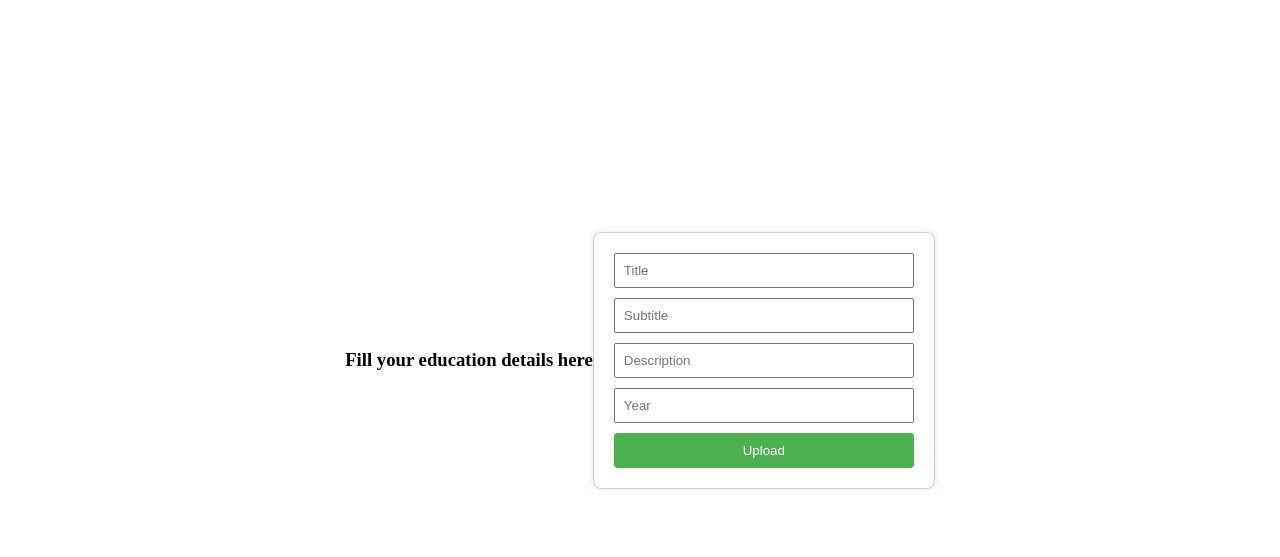
Repository: HAIDAR123654/CodeHuntMvcProject
Page: http://localhost/myportfolio/uploadedu.jsp
The author's editor kept a copy of each file at every save. The page is drawn from the files as they stood at one save, then again after the next save.
The browser window is 1280 px wide. The pictures show the whole page.
The page is served by Tomcat 9.

Above is the page before, as saved 2024-01-26 17:42:13.

After the next save:
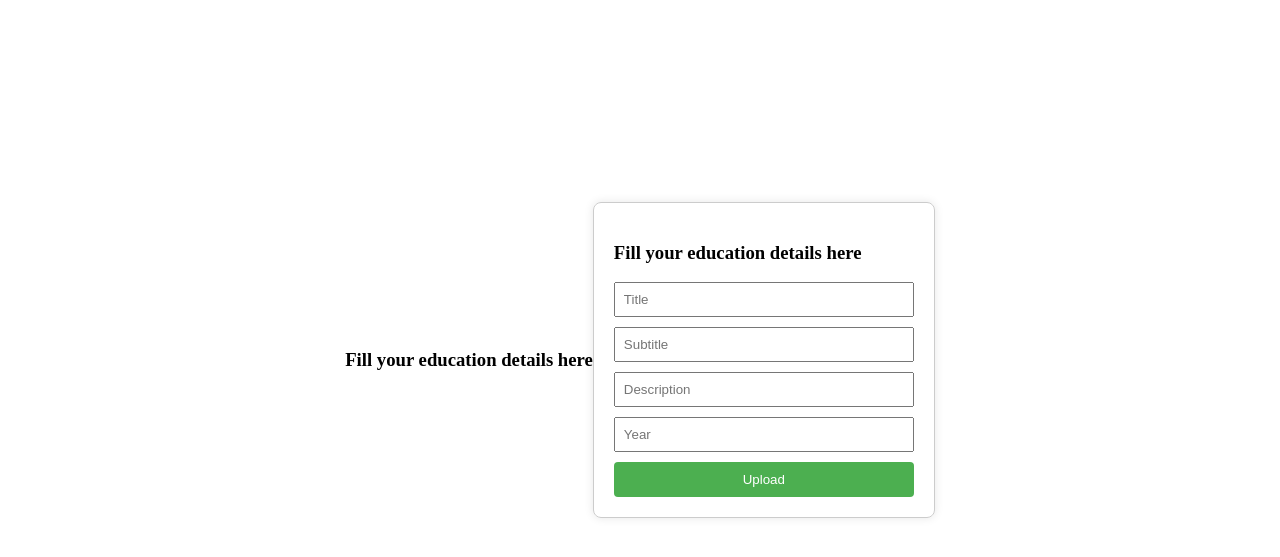
Saved 2 min 7 s later.
--- a/myportfolio/src/main/webapp/uploadedu.jsp
+++ b/myportfolio/src/main/webapp/uploadedu.jsp
@@ -51,6 +51,7 @@
         <h3>Fill your education details here</h3>
     </header>
     <form action="Education" method="post">
+     <h3>Fill your education details here</h3>
         <input type="text" name="title" placeholder="Title"/><br>
         <input type="text" name="subtitle" placeholder="Subtitle"/><br>
         <input type="text" name="desc" placeholder="Description"/><br>
